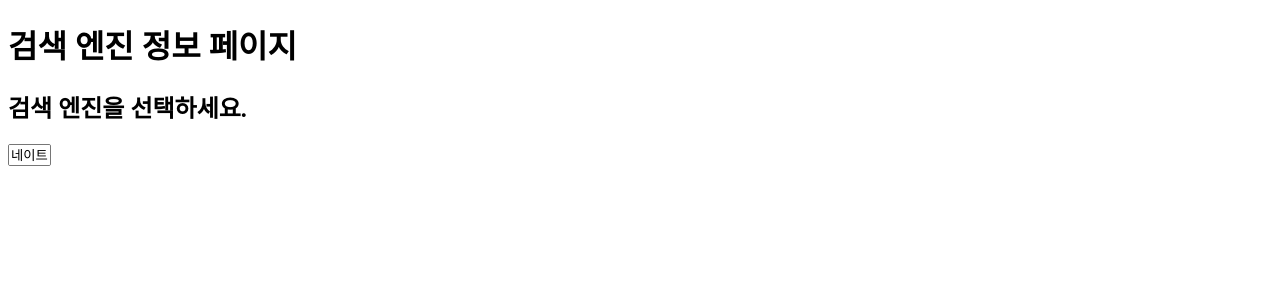
Repository: Endki/self_study_wep
Page: http://localhost/self-study-04/move.jsp
These files come from the project's save history. The page is drawn as it stood at one moment and after the next save; the edit follows.
The browser window is 1280 px wide. The pictures show the whole page.
The page is served by Tomcat 9.

Above is the page before, as saved 2018-08-02 08:04:13.

### self_study/self-study-04/WebContent/move.jsp
<%@ page language="java" contentType="text/html; charset=UTF-8"
    pageEncoding="UTF-8"%>
<!DOCTYPE html>
<html>
<head>
<meta charset="UTF-8">
<title>go_to_wepsite</title>
</head>
<body>
<h1>검색 엔진 정보 페이지</h1>
<h2>검색 엔진을 선택하세요.</h2>
<form action="move_redirect.jsp" method="post">
	<table>
		<tr>
		<select id="wepsite" name="wepsite" size='1' multiple="multiple">
			<option value="네이트" > 네이트</option>
			<option value="다음">다음</option>
			<option value="구글">구글</option>
			<option value="네이트">네이트</option>
		</select>

		</table>




</form>


</body>
</html>

After the next save:
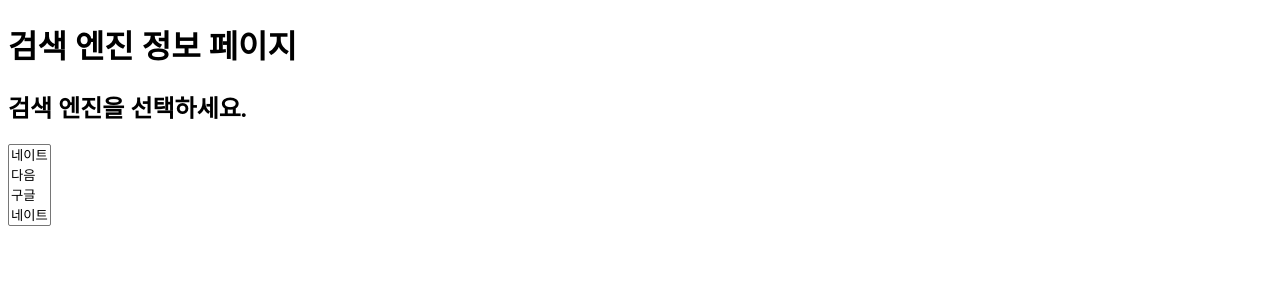
Saved 11 s later.
--- a/self_study/self-study-04/WebContent/move.jsp
+++ b/self_study/self-study-04/WebContent/move.jsp
@@ -12,7 +12,7 @@
 <form action="move_redirect.jsp" method="post">
 	<table>
 		<tr>
-		<select id="wepsite" name="wepsite" size='1' multiple="multiple">
+		<select id="wepsite" name="wepsite" size='4' multiple="multiple">
 			<option value="네이트" > 네이트</option>
 			<option value="다음">다음</option>
 			<option value="구글">구글</option>

After the save that followed:
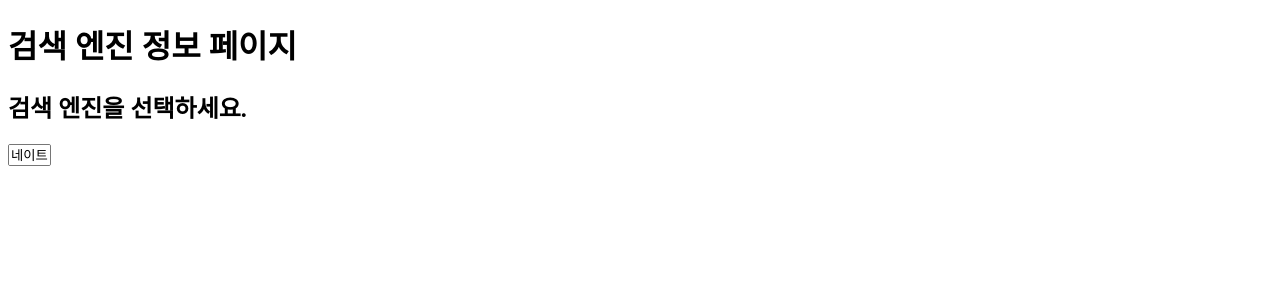
Saved 35 s later.
--- a/self_study/self-study-04/WebContent/move.jsp
+++ b/self_study/self-study-04/WebContent/move.jsp
@@ -12,7 +12,7 @@
 <form action="move_redirect.jsp" method="post">
 	<table>
 		<tr>
-		<select id="wepsite" name="wepsite" size='4' multiple="multiple">
+		<select id="wepsite" name="wepsite" size="1" multiple="multiple">
 			<option value="네이트" > 네이트</option>
 			<option value="다음">다음</option>
 			<option value="구글">구글</option>
